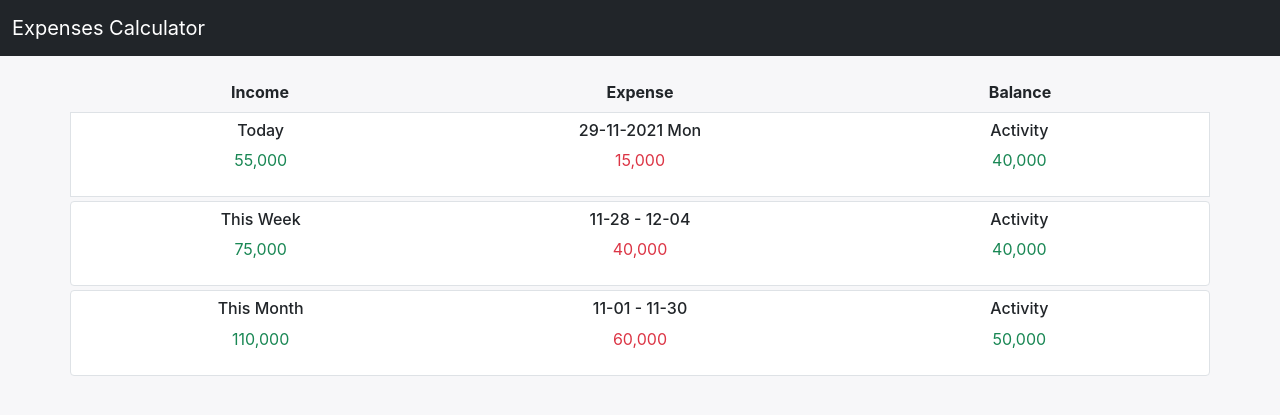
Repository: eidankhan/expenses-calculator
Page: /
These files come from the project's save history. The page is drawn as it stood at one moment and after the next save; the edit follows.
The browser window is 1280 px wide. The pictures show the whole page.
The project was rebuilt for these pictures with package versions that can differ from the ones it lists, and the page was loaded fresh each time. Also part of the build but not shown: src/components/SaveIncome.js.

Above is the page before, as saved 2021-11-29 17:33:56.

After the next save:
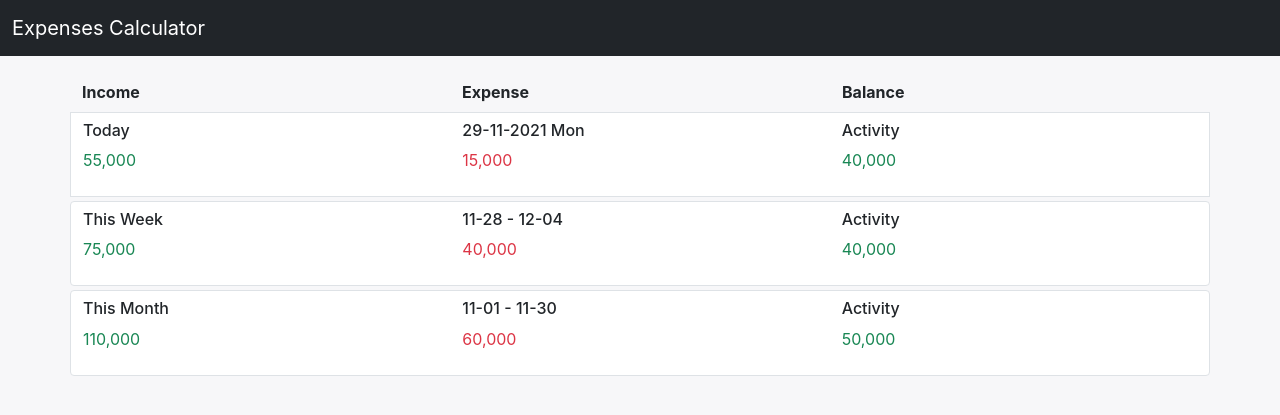
Saved 34 s later.
--- a/src/components/IncomeSummary.js
+++ b/src/components/IncomeSummary.js
@@ -4,61 +4,61 @@ export const IncomeSummary = () => {
   return (
     <div className="my-3">
       <div className="row">
-        <div className="col-md-4 my-2 text-center ">
+        <div className="col-md-4 my-2 ">
           {" "}
           <strong>Income</strong>{" "}
         </div>
-        <div className="col-md-4 my-2 text-center ">
+        <div className="col-md-4 my-2 ">
           {" "}
           <strong>Expense</strong>{" "}
         </div>
-        <div className="col-md-4 my-2 text-center ">
+        <div className="col-md-4 my-2 ">
           {" "}
           <strong>Balance</strong>{" "}
         </div>
       </div>
       <div className="row border rounder" style={{backgroundColor: "white"}}>
-        <div className="col-md-4 my-2 text-center" m>
+        <div className="col-md-4 my-2" m>
           <h6> Today </h6>
           <p className="text-success"> 55,000</p>
         </div>
-        <div className="col-md-4 my-2 text-center">
+        <div className="col-md-4 my-2">
           <h6> 29-11-2021 Mon </h6>
           <p className="text-danger"> 15,000</p>
         </div>
-        <div className="col-md-4 my-2 text-center">
+        <div className="col-md-4 my-2">
           <h6> Activity </h6>
           <p className="text-success"> 40,000</p>
         </div>
       </div>
       <div className="row border rounded my-1" style={{backgroundColor: "white"}}>
-        <div className="col-md-4 my-2 text-center">
+        <div className="col-md-4 my-2">
           <div className="cards">
             <h6> This Week </h6>
             <p className="text-success"> 75,000</p>
           </div>
         </div>
-        <div className="col-md-4 my-2 text-center">
+        <div className="col-md-4 my-2">
           <h6> 11-28 - 12-04 </h6>
           <p className="text-danger"> 40,000</p>
         </div>
-        <div className="col-md-4 my-2 text-center">
+        <div className="col-md-4 my-2">
           <h6> Activity </h6>
           <p className="text-success"> 40,000</p>
         </div>
       </div>
       <div className="row border rounded my-1" style={{backgroundColor: "white"}}>
-        <div className="col-md-4 my-2 text-center">
+        <div className="col-md-4 my-2">
           <div className="cards">
             <h6> This Month </h6>
             <p className="text-success"> 110,000</p>
           </div>
         </div>
-        <div className="col-md-4 my-2 text-center">
+        <div className="col-md-4 my-2">
           <h6> 11-01 - 11-30 </h6>
           <p className="text-danger"> 60,000</p>
         </div>
-        <div className="col-md-4 my-2 text-center">
+        <div className="col-md-4 my-2">
           <h6> Activity </h6>
           <p className="text-success"> 50,000</p>
         </div>
